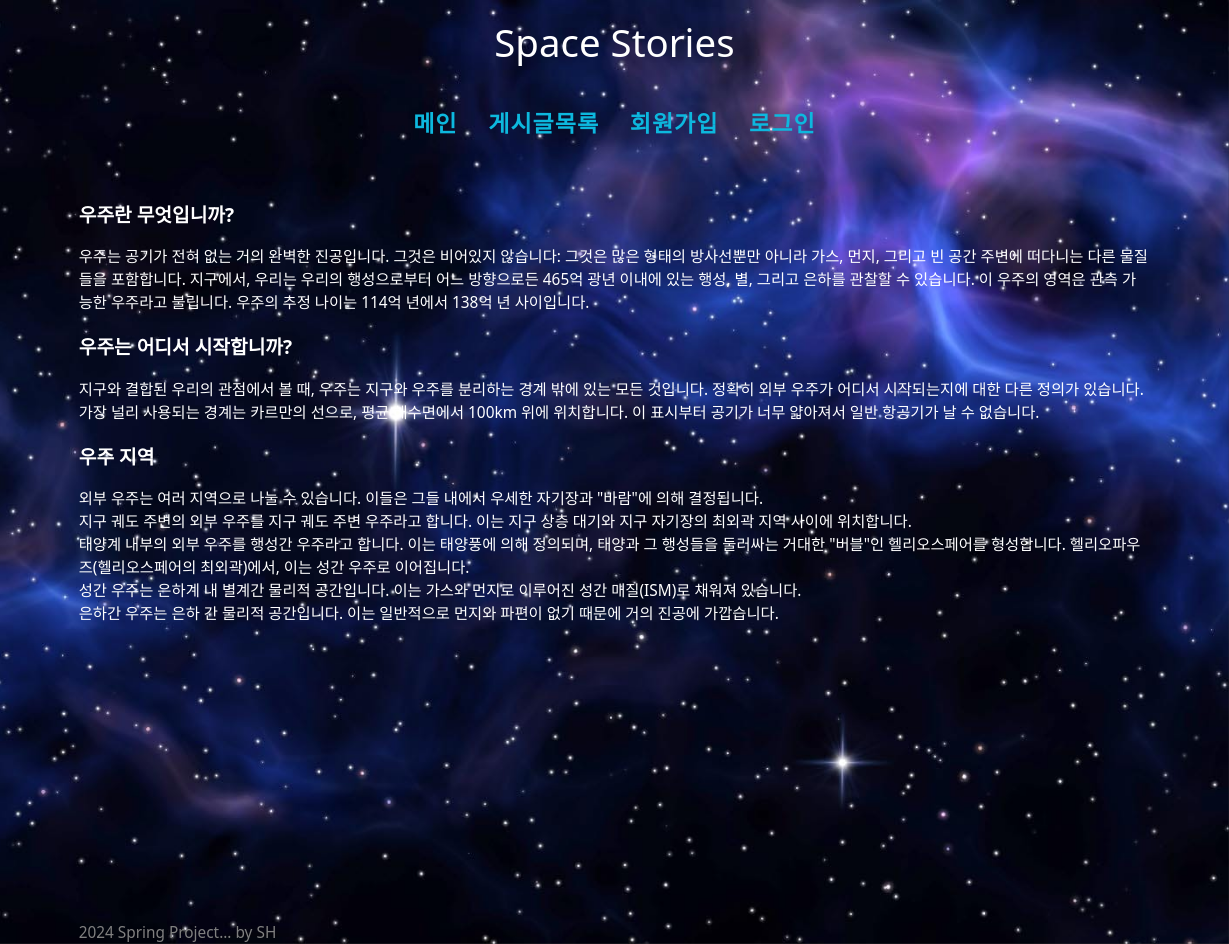
Repository: dtkd19/spring_personal_project
Page: http://localhost/myproject/WEB-INF/views/home.jsp
An editor plug-in stored every save of this project. The page is shown before and after the next save, followed by the edit.
The browser window is 1280 px wide. The pictures show the whole page, at 96% of full size.
The page is served by Tomcat 9. Nobody is signed in. The template is opened directly, without the code that normally fills it, so the values that code supplies are empty.

Above is the page before, as saved 2024-11-08 08:24:22.

After the next save:
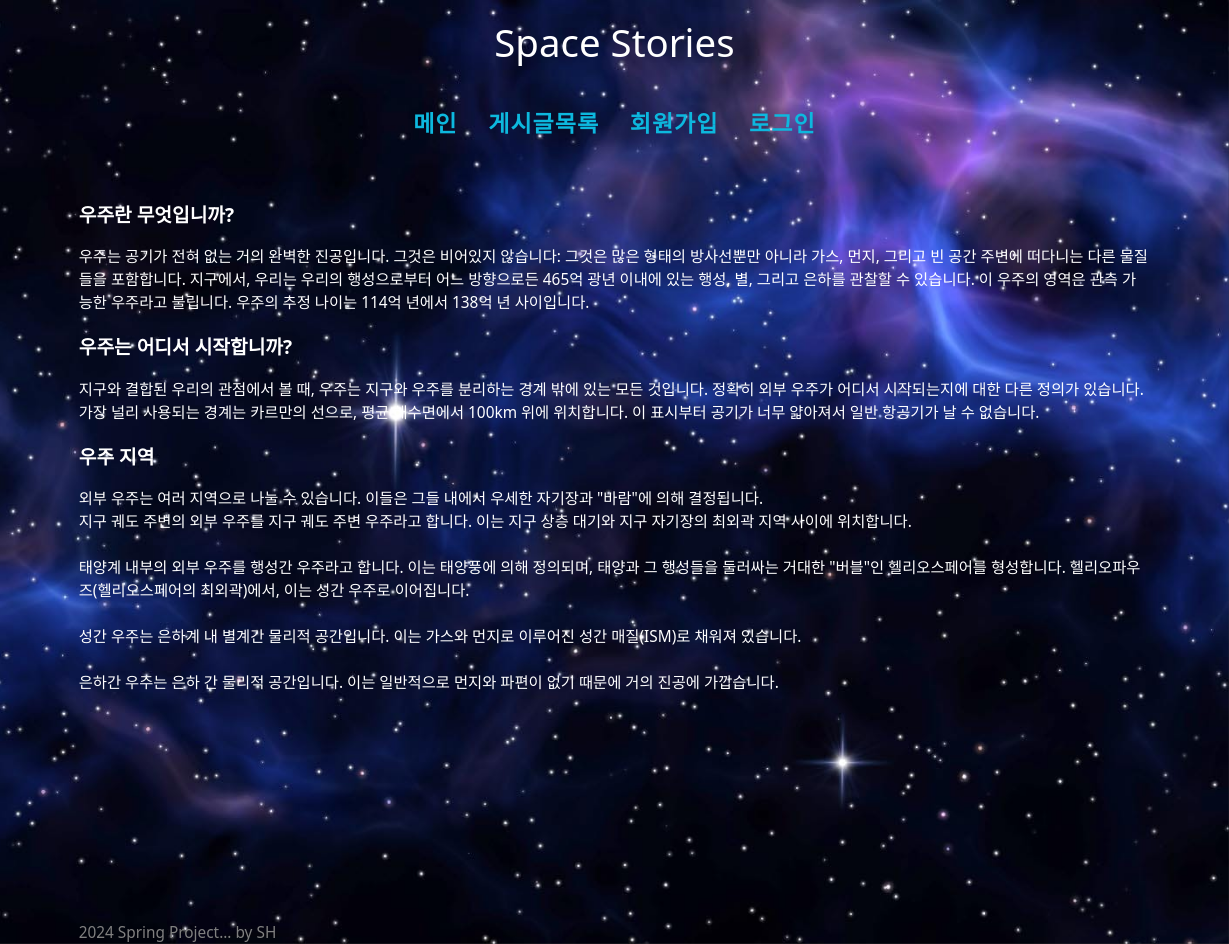
Saved 12 s later.
--- a/myproject/src/main/webapp/WEB-INF/views/home.jsp
+++ b/myproject/src/main/webapp/WEB-INF/views/home.jsp
@@ -39,9 +39,9 @@
 <span>
 외부 우주는 여러 지역으로 나눌 수 있습니다. 이들은 그들 내에서 우세한 자기장과 "바람"에 의해 결정됩니다. <br>
 
-지구 궤도 주변의 외부 우주를 지구 궤도 주변 우주라고 합니다. 이는 지구 상층 대기와 지구 자기장의 최외곽 지역 사이에 위치합니다. <br>
-태양계 내부의 외부 우주를 행성간 우주라고 합니다. 이는 태양풍에 의해 정의되며, 태양과 그 행성들을 둘러싸는 거대한 "버블"인 헬리오스페어를 형성합니다. 헬리오파우즈(헬리오스페어의 최외곽)에서, 이는 성간 우주로 이어집니다. <br>
-성간 우주는 은하계 내 별계간 물리적 공간입니다. 이는 가스와 먼지로 이루어진 성간 매질(ISM)로 채워져 있습니다.  <br>
+지구 궤도 주변의 외부 우주를 지구 궤도 주변 우주라고 합니다. 이는 지구 상층 대기와 지구 자기장의 최외곽 지역 사이에 위치합니다. <br> <br>
+태양계 내부의 외부 우주를 행성간 우주라고 합니다. 이는 태양풍에 의해 정의되며, 태양과 그 행성들을 둘러싸는 거대한 "버블"인 헬리오스페어를 형성합니다. 헬리오파우즈(헬리오스페어의 최외곽)에서, 이는 성간 우주로 이어집니다. <br> <br>
+성간 우주는 은하계 내 별계간 물리적 공간입니다. 이는 가스와 먼지로 이루어진 성간 매질(ISM)로 채워져 있습니다.  <br> <br>
 은하간 우주는 은하 간 물리적 공간입니다. 이는 일반적으로 먼지와 파편이 없기 때문에 거의 진공에 가깝습니다.
 </span>
 

After the save that followed:
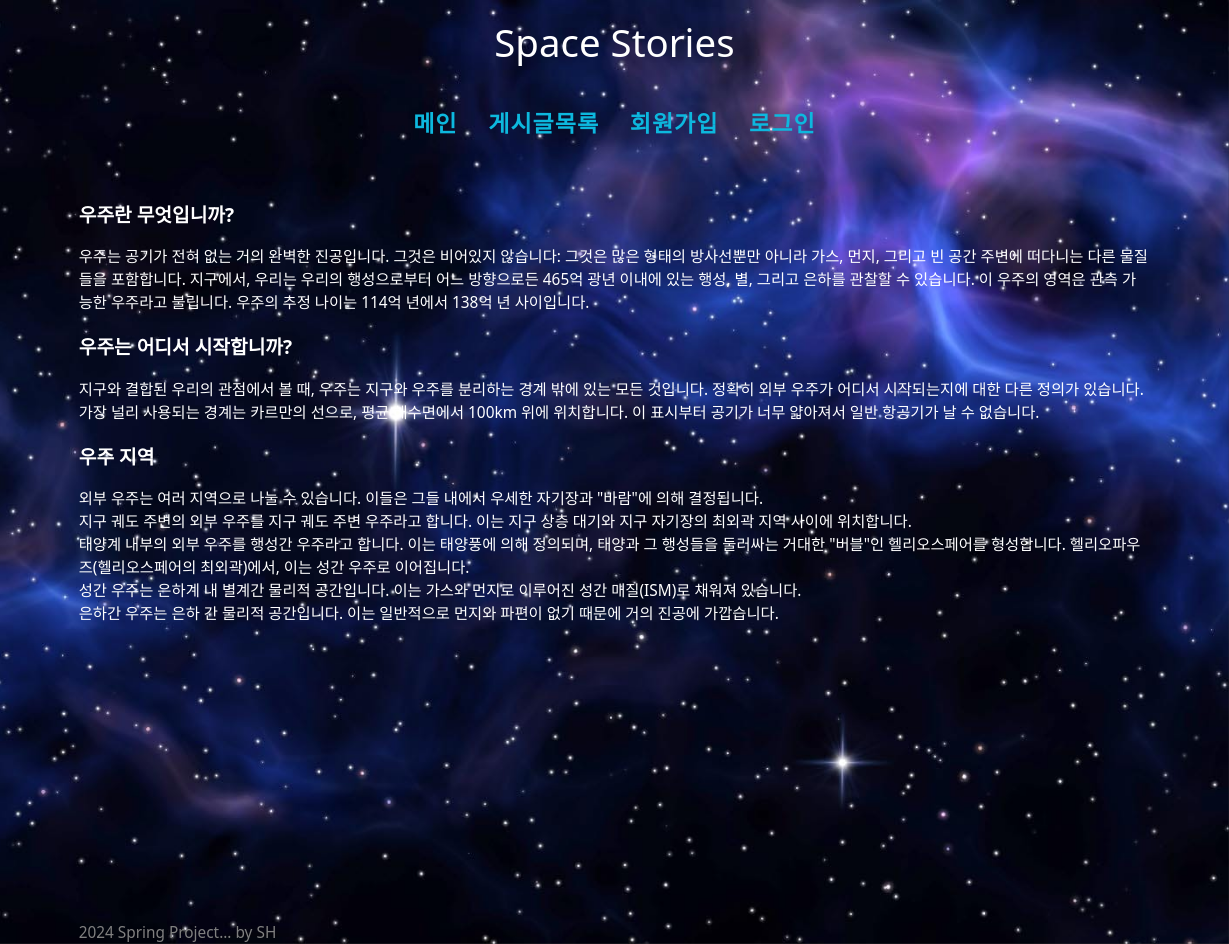
Saved 10 s later.
--- a/myproject/src/main/webapp/WEB-INF/views/home.jsp
+++ b/myproject/src/main/webapp/WEB-INF/views/home.jsp
@@ -39,9 +39,9 @@
 <span>
 외부 우주는 여러 지역으로 나눌 수 있습니다. 이들은 그들 내에서 우세한 자기장과 "바람"에 의해 결정됩니다. <br>
 
-지구 궤도 주변의 외부 우주를 지구 궤도 주변 우주라고 합니다. 이는 지구 상층 대기와 지구 자기장의 최외곽 지역 사이에 위치합니다. <br> <br>
-태양계 내부의 외부 우주를 행성간 우주라고 합니다. 이는 태양풍에 의해 정의되며, 태양과 그 행성들을 둘러싸는 거대한 "버블"인 헬리오스페어를 형성합니다. 헬리오파우즈(헬리오스페어의 최외곽)에서, 이는 성간 우주로 이어집니다. <br> <br>
-성간 우주는 은하계 내 별계간 물리적 공간입니다. 이는 가스와 먼지로 이루어진 성간 매질(ISM)로 채워져 있습니다.  <br> <br>
+지구 궤도 주변의 외부 우주를 지구 궤도 주변 우주라고 합니다. 이는 지구 상층 대기와 지구 자기장의 최외곽 지역 사이에 위치합니다. <br>
+태양계 내부의 외부 우주를 행성간 우주라고 합니다. 이는 태양풍에 의해 정의되며, 태양과 그 행성들을 둘러싸는 거대한 "버블"인 헬리오스페어를 형성합니다. 헬리오파우즈(헬리오스페어의 최외곽)에서, 이는 성간 우주로 이어집니다. <br>
+성간 우주는 은하계 내 별계간 물리적 공간입니다. 이는 가스와 먼지로 이루어진 성간 매질(ISM)로 채워져 있습니다.  <br>
 은하간 우주는 은하 간 물리적 공간입니다. 이는 일반적으로 먼지와 파편이 없기 때문에 거의 진공에 가깝습니다.
 </span>
 
